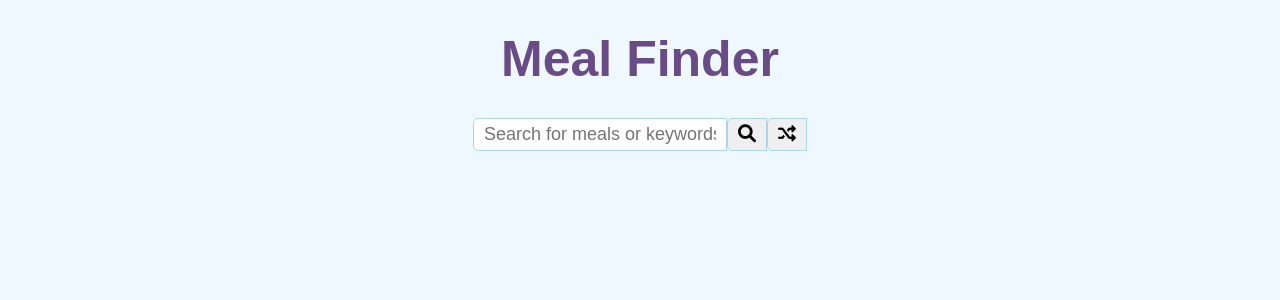
Repository: AbrorjonKuchkarov/search-meal
Page: index.html
These files come from the project's save history. The page is drawn as it stood at one moment and after the next save; the edit follows.
The browser window is 1280 px wide. The pictures show the whole page.

Above is the page before, as saved 2022-02-24 23:20:18.

After the next save:
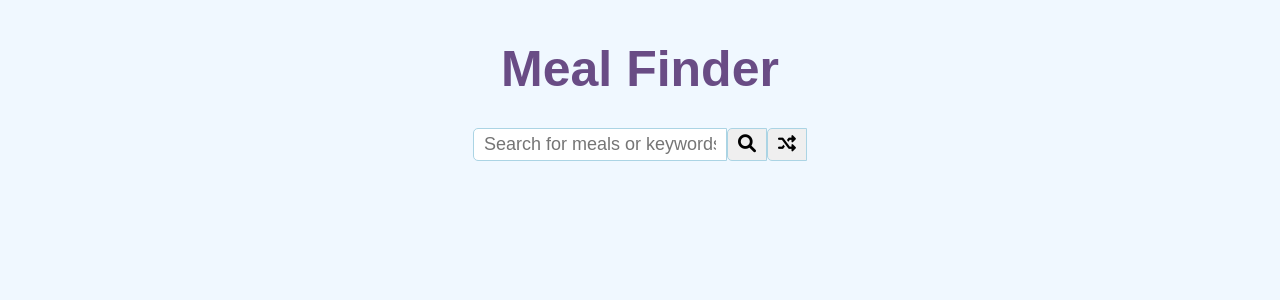
Saved 7 s later.
--- a/style.css
+++ b/style.css
@@ -25,7 +25,7 @@ body{
 }
 
 h1{
-   margin: 20px 0 30px 0;
+   margin: 30px 0 30px 0;
    font-size: 50px;
 }
 
